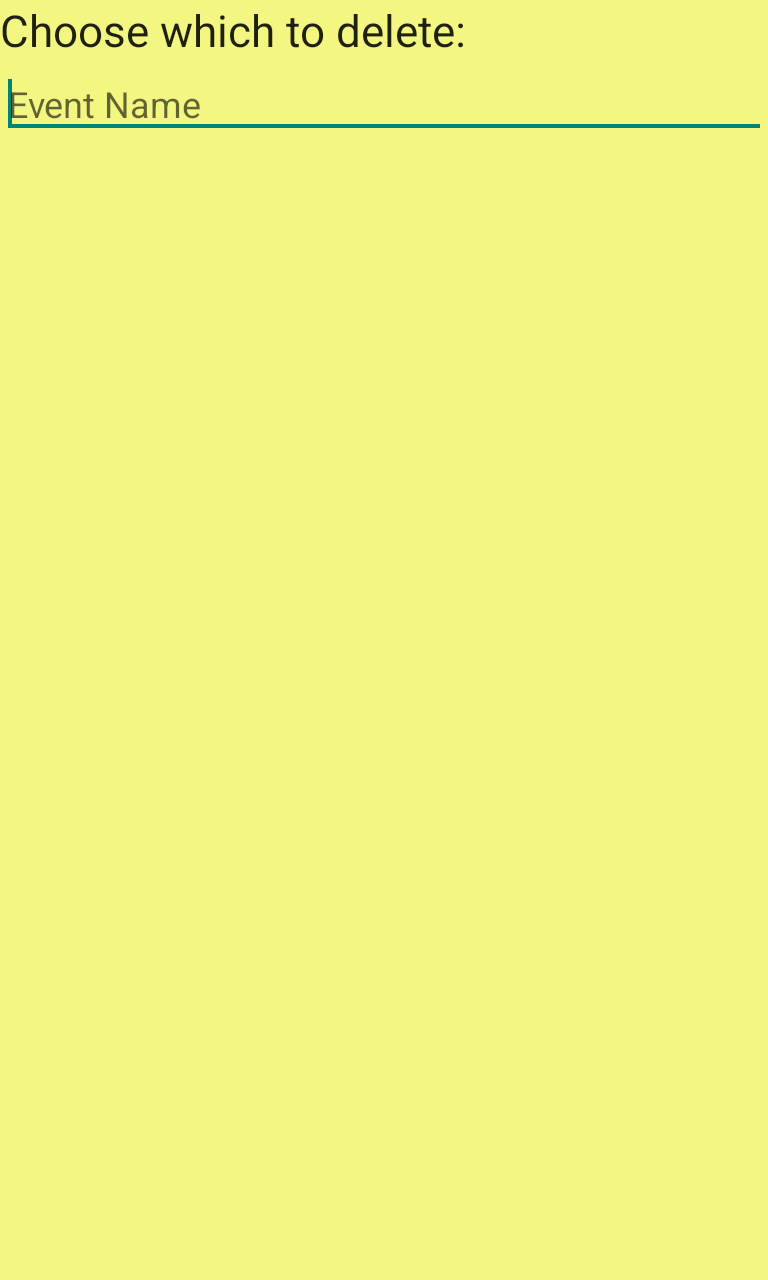
Repository: bluenavy/requirements
Layout: workspace/RetentionScheduler/res/layout/activity_delete.xml
An editor plug-in stored every save of this project. The layout is shown before and after the next save, followed by the edit.
It is drawn on a 768 x 1280 px phone screen (xhdpi) without system bars, with theme AppTheme; the app's code is not run.

Above is the layout before, as saved 2015-03-26 12:55:43.

After the next save:
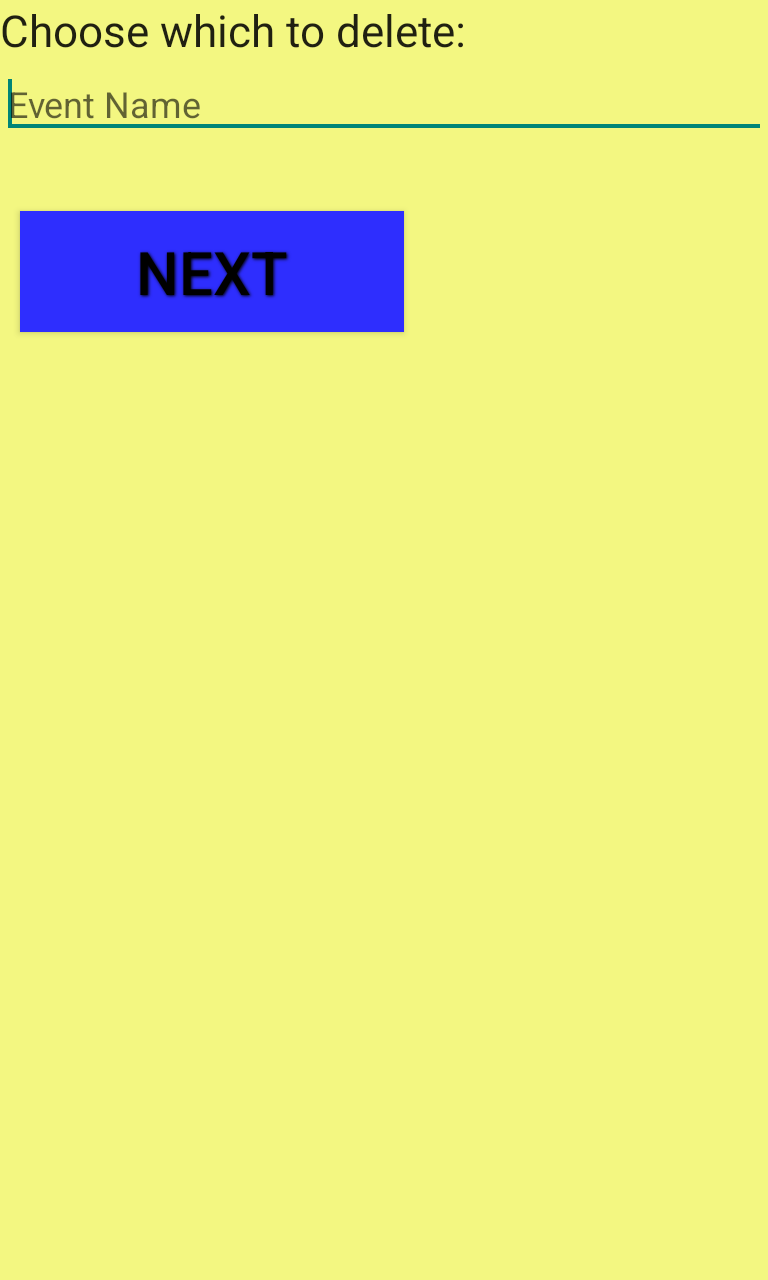
Saved 85 s later.
--- a/workspace/RetentionScheduler/res/layout/activity_delete.xml
+++ b/workspace/RetentionScheduler/res/layout/activity_delete.xml
@@ -27,5 +27,15 @@
         android:layout_width="wrap_content"
         android:layout_height="wrap_content"
         android:textAppearance="?android:attr/textAppearanceMedium" />
+    <Button
+        android:id="@+id/add_events"
+        style="@style/ButtonText"
+        android:layout_width="192dp"
+        android:layout_height="wrap_content"
+        android:background="#2E2EFE"
+        android:onClick="onClick"
+        android:padding="10dp"
+        android:text="Next"
+        android:textColor="#000000" />
 
 </LinearLayout>
